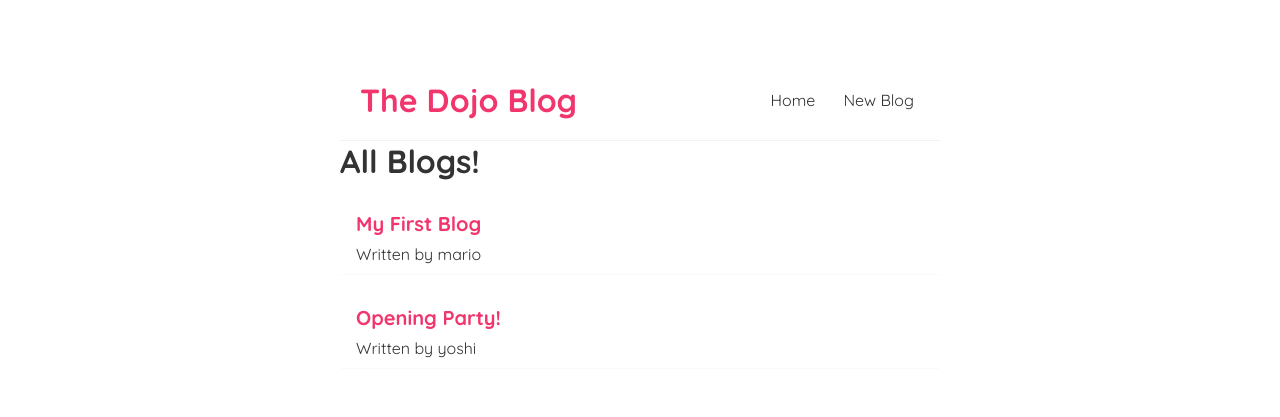
Repository: DESTINYAS/Reactjs
Page: /
These files come from the project's save history. The page is drawn as it stood at one moment and after the next save; the edit follows.
The browser window is 1280 px wide. The pictures show the whole page.
The project was rebuilt for these pictures with package versions that can differ from the ones it lists, and the page was loaded fresh each time. Requests to the local data server were answered from the project's data file.

Above is the page before, as saved 2022-11-29 23:30:08.

### src/index.css
@import url("https://fonts.googleapis.com/css2?family=Quicksand:wght@300;400;500;600;700&display=swap");
/* base styles */
* {
  margin: 0;
  font-family: "Quicksand";
  color: #333;
}
.navbar {
  padding: 20px;
  display: flex;
  align-items: center;
  max-width: 600px;
  margin: 0 auto;
  border-bottom: 1px solid #f2f2f2;
}
.navbar h1 {
  color: #f1356d;
}
.navbar .links {
  margin-left: auto;
}
.navbar a {
  margin-left: 16px;
  text-decoration: none;
  padding: 6px;
}
.navbar a:hover {
  color: #f1356d;
}
.content {
  max-width: 600px;
  margin: 40px auto;
  padding: 20px;
}

/* blog previews / list */
.blog-preview {
  padding: 10px 16px;
  margin: 20px 0;
  border-bottom: 1px solid #fafafa;
}
.blog-preview:hover {
  box-shadow: 1px 3px 5px rgba(0, 0, 0, 0.1);
}
.blog-preview h1 {
  font-size: 20px;
  color: #f1356d;
  margin-bottom: 8px;
}

### src/App.js
import Navbar from "./Navbar";
import Home from "./Home";

function App() {
  return (
    <div className="App">
      <div className="content">
        <Navbar />
        <Home />
      </div>
    </div>
  );
}

export default App;

### src/Navbar.js
const Navbar = () => {
  return (
    <div className="navbar">
      <h1>The Dojo Blog</h1>
      <div className="links">
        <a href="/">Home</a>
        <a href="/create">New Blog</a>
      </div>
    </div>
  );
};

export default Navbar;

### src/Home.js
import { useState, useEffect } from "react";
import BlogList from "./BlogList";

const Home = () => {
  const [blogs, setBlogs] = useState(null);

  useEffect(() => {
    fetch("http://localhost:8000/blogs")
      .then((res) => {
        return res.json();
      })
      .then((data) => {
        setBlogs(data);
      });
  }, []);
  return (
    <div className="home">
      {blogs && <BlogList blogs={blogs} title="All Blogs!" />}
    </div>
  );
};

export default Home;

### src/BlogList.js
const BlogList = ({ blogs, title }) => {
  return (
    <div className="blog-list">
      <h1>{title}</h1>
      {blogs.map((blog) => (
        <div className="blog-preview" key={blog.id}>
          <h1>{blog.title}</h1>
          <p>Written by {blog.author}</p>
        </div>
      ))}
    </div>
  );
};

export default BlogList;

Loaded but not shown: public/index.html (common file); src/index.js (common file); data/db.json (common file)

After the next save:
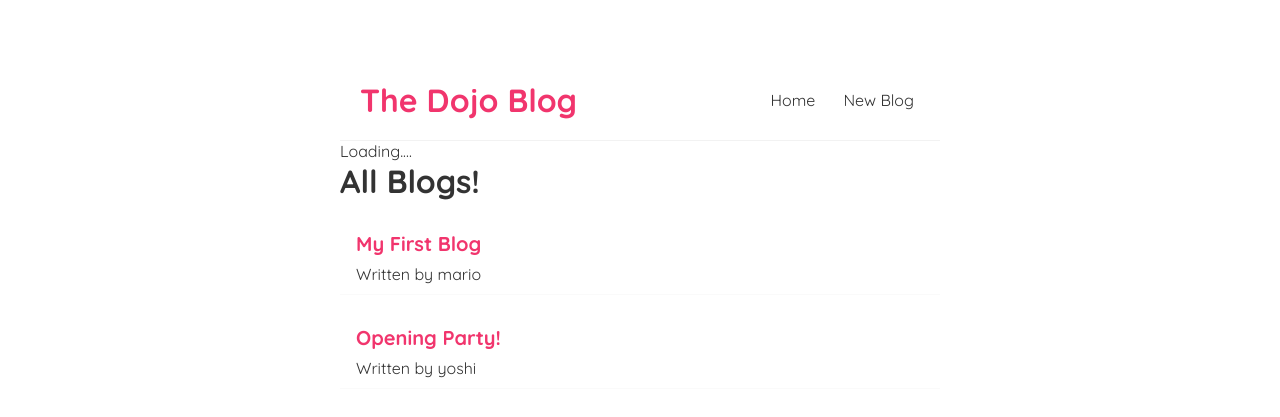
Saved 7 h 51 min later.
--- a/src/Home.js
+++ b/src/Home.js
@@ -3,6 +3,7 @@
 
 const Home = () => {
   const [blogs, setBlogs] = useState(null);
+  const [isPending, setisPending] = useState(true);
 
   useEffect(() => {
     fetch("http://localhost:8000/blogs")
@@ -15,6 +16,7 @@
   }, []);
   return (
     <div className="home">
+      {isPending && <div>Loading....</div>}
       {blogs && <BlogList blogs={blogs} title="All Blogs!" />}
     </div>
   );

After the save that followed:
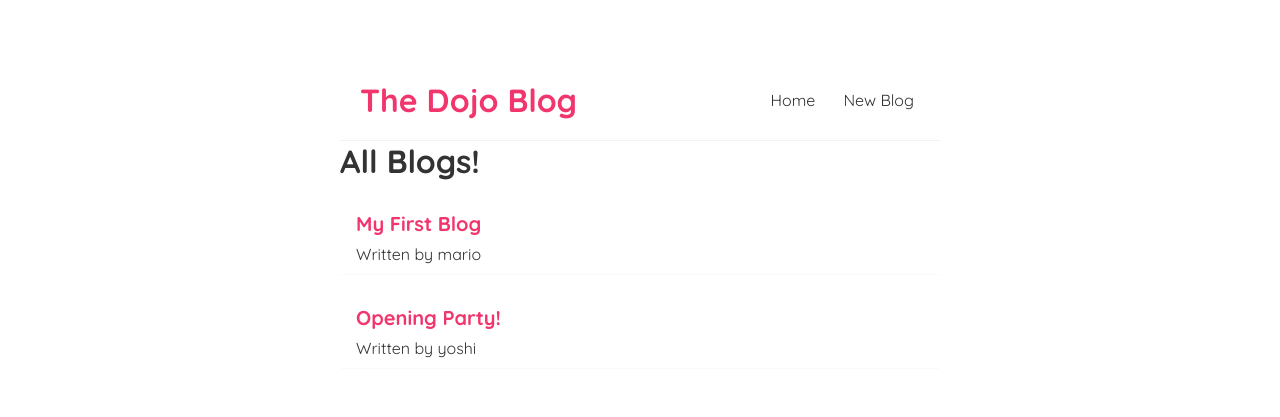
Saved 88 s later.
--- a/src/Home.js
+++ b/src/Home.js
@@ -12,6 +12,7 @@
       })
       .then((data) => {
         setBlogs(data);
+        setisPending(false);
       });
   }, []);
   return (
